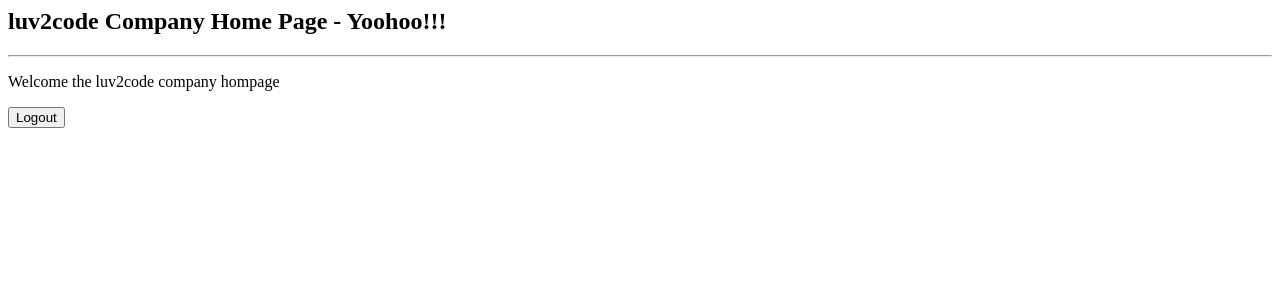
Repository: ldh9282/spring-security
Page: http://localhost/spring-security-demo-05-logout/
These files come from the project's save history. The page is drawn as it stood at one moment and after the next save; the edit follows.
The browser window is 1280 px wide. The pictures show the whole page.
The page is served by Tomcat 9.

Above is the page before, as saved 2022-12-16 11:25:07.

After the next save:
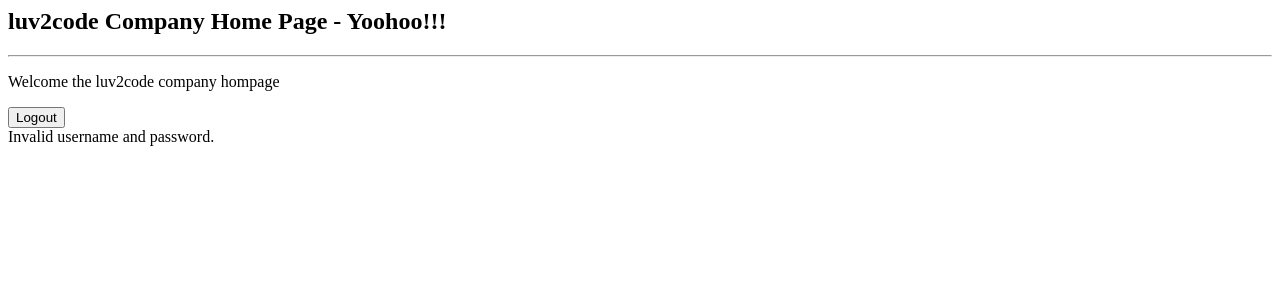
Saved 12 s later.
--- a/spring-security-demo-05-logout/src/main/webapp/WEB-INF/view/home.jsp
+++ b/spring-security-demo-05-logout/src/main/webapp/WEB-INF/view/home.jsp
@@ -22,7 +22,7 @@
 		<input type="submit" value="Logout" />
 
 		<!-- Check for login error -->
-		<c:if test="${param.esasdasrror != null }">
+		<c:if test="${param.esasdasrror == null }">
 
 			<div class="alert alert-danger col-xs-offset-1 col-xs-10">
 				Invalid username and password.
